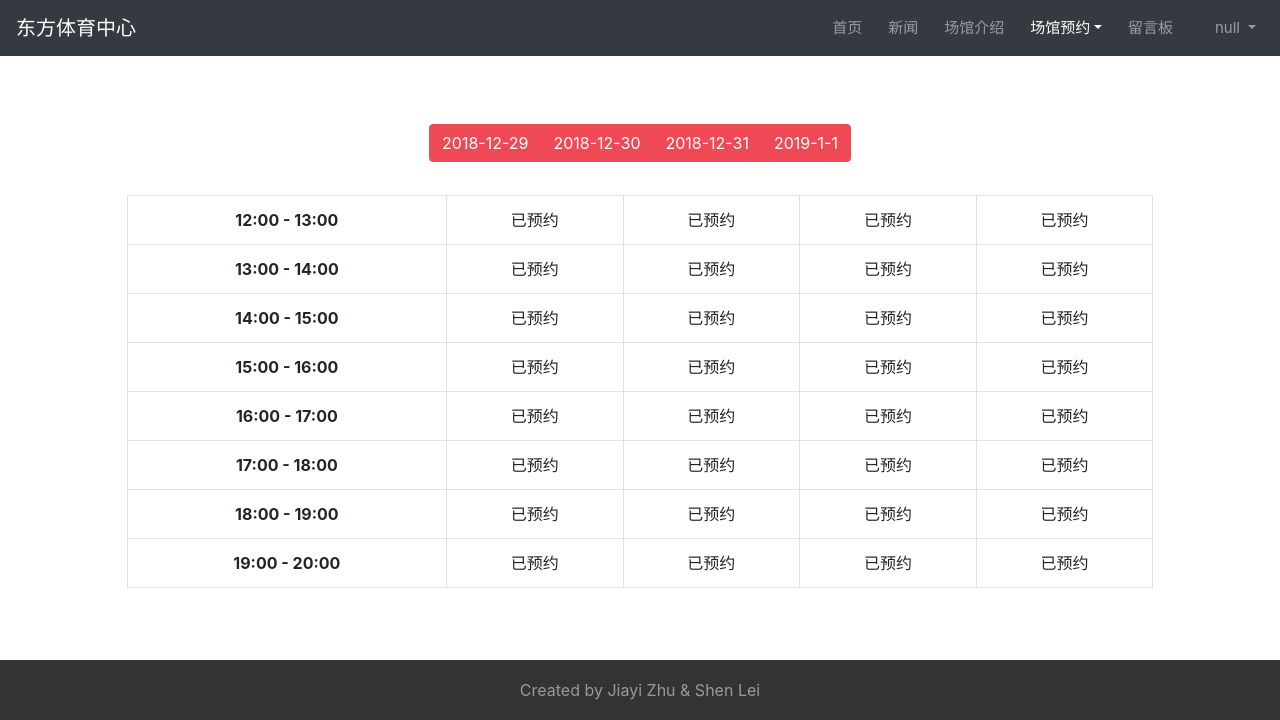
Repository: yueyue200830/Gym-Reservation
Page: http://localhost/reservation/reservation.jsp?rnvid=1
An editor plug-in stored every save of this project. The page is shown before and after the next save, followed by the edit.
The browser window is 1280 px wide. The pictures show the whole page.
Some web fonts or font styles are not loaded; a fallback is used. The page is served by Tomcat 9. Other server files are loaded and not shown. Queries for data that is not in the repository find no rows.

Above is the page before, as saved 2018-12-28 06:12:01.

### reservation/WebContent/reservation.jsp
<%@ page language="java" contentType="text/html; charset=UTF-8"
    pageEncoding="UTF-8"%>
<!DOCTYPE html>
<html>
<head>
	<meta charset="UTF-8">
	<meta name="viewport" content="width=device-width, initial-scale=1, shrink-to-fit=no">
	<title>预约</title>
	<link href="reservation.css" rel="stylesheet">
	<link href="settled.css" rel="stylesheet">
	<link rel="stylesheet" href="bootstrap/css/bootstrap.min.css">
</head>
<body>
	<nav class="navbar navbar-expand-sm navbar-dark bg-dark">
      <a class="navbar-brand">东方体育中心</a>
      <button class="navbar-toggler" type="button" data-toggle="collapse" data-target="#navbarsExample03" aria-controls="navbarsExample03" aria-expanded="false" aria-label="Toggle navigation">
      	<span class="navbar-toggler-icon"></span>
      </button>
      <div class="collapse navbar-collapse" id="navbarsExample03">
        <ul class="navbar-nav ml-auto">
        <li class="nav-item">
            <a class="nav-link" href="Hello.jsp">首页 <span class="sr-only">(current)</span></a>
          </li>
          <li class="nav-item">
            <a class="nav-link" href="news.jsp">新闻 </a>
          </li>
          <li class="nav-item">
            <a class="nav-link" href="rvnintro.jsp">场馆介绍</a>
          </li>
          <li class="nav-item dropdown active">
            <a class="nav-link dropdown-toggle" href="#" id="dropdown03" data-toggle="dropdown" aria-haspopup="true" aria-expanded="false">场馆预约</a>
            <div class="dropdown-menu dropdown-top" aria-labelledby="dropdown03">
              <a class="dropdown-item dropdown-word" href="reservation.jsp?rnvid=1">篮球</a>
              <a class="dropdown-item dropdown-word" href="reservation.jsp?rnvid=2">乒乓球</a>
              <a class="dropdown-item dropdown-word" href="reservation.jsp?rnvid=3">羽毛球</a>
              <a class="dropdown-item dropdown-word" href="reservation.jsp?rnvid=4">排球</a>
            </div>
          </li>

          <li class="nav-item">
            <a class="nav-link" href="messageboard.jsp">留言板</a>
          </li>
          <li class="nav-item dropdown no-arrow">
            <a class="nav-link dropdown-toggle" href="#" id="userDropdown" role="button" data-toggle="dropdown" aria-haspopup="true" aria-expanded="false">
            	<i class="ps-icon"></i>
            	<%= session.getAttribute("usrName") %>
            </a>
            <div class="dropdown-menu dropdown-menu-right dropdown-top" aria-labelledby="userDropdown">
              <a class="dropdown-item dropdown-word" href="UserInform.jsp">个人信息</a>
              <a class="dropdown-item dropdown-word" href="myorder.jsp">我的订单</a>
            <div class="dropdown-divider"></div>
              <a class="dropdown-item dropdown-word" href="#" data-toggle="modal" data-target="#logoutModal">登出</a>
            </div>
        </li>
      </ul>
      </div>
    </nav>
	<div class="center">
		<div class="btn-group btn_group_date" role="group" id="days" aria-label="First group" >
	    </div>
		<div class="card-body table-responsive table-show col-10">
			<table class="table table-bordered mb-0" id="reservation-table">

			</table>
		</div>
	</div>
    <footer class="footer">
      <div class="container foot-text">
        <span class="foot-t">Created by Jiayi Zhu & Shen Lei</span>
      </div>
    </footer>
    <div class="modal fade" id="logoutModal" tabindex="-1" role="dialog" aria-labelledby="exampleModalLabel" style="display: none;" aria-hidden="true">
      <div class="modal-dialog" role="document">
        <div class="modal-content">
          <div class="modal-header">
            <h5 class="modal-title" id="exampleModalLabel">确定登出？</h5>
            <button class="close" type="button" data-dismiss="modal" aria-label="Close">
              <span aria-hidden="true">×</span>
            </button>
          </div>
          <div class="modal-body" style="text-align:center">生命在于运动</div>
          <div class="modal-footer">
            <button class="btn btn-secondary btn-cencel" type="button" data-dismiss="modal">取消</button>
            <a class="btn btn-primary" href="logout.jsp">确定</a>
          </div>
        </div>
      </div>
    </div>
    <script src="https://ajax.aspnetcdn.com/ajax/jquery/jquery-3.3.1.min.js"></script>
	<script src="https://cdn.staticfile.org/popper.js/1.14.3/umd/popper.min.js"></script>
	<script src="bootstrap/js/bootstrap.min.js"></script>
	<script>
	$(document).ready(function() {
		addDate();
		getTable();
	});
	function addDate() {
		var d = new Date();
		for (var i = 0; i < 4; i++) {
			var changeID = "day" + (i + 1);
			d = d.setDate(d.getDate() + 1);
			d = new Date(d);
			var changeday = d.getFullYear() + "-" + (d.getMonth()+1) + "-" + d.getDate();
			// document.getElementById(changeID).innerHTML = changeday;
			$("#days").append(
					"<a type='button' class='btn btn-secondary' id='" + changeID
					+ "' href='reservation.jsp?rnvid="+<%= request.getParameter("rnvid") %>+
					"&year="+d.getFullYear()+"&month="+(d.getMonth()+1)+"&day="+ d.getDate() +"')>" + changeday + "</a>");
		}
	}
	function getTable() {
		var t = new Date();
		t = t.setDate(t.getDate() + 1);
		t = new Date(t);
		var year = t.getFullYear();
		var month = t.getMonth()+1;
		var day = t.getDate();
		var rvnid = <%= request.getParameter("rnvid") %>;
		if(<%= request.getParameter("year") %> != null){
			year = <%= request.getParameter("year") %>;
			month = <%= request.getParameter("month") %>;
			day = <%= request.getParameter("day") %>;
		}
		/*
		alert("pp");
		var list ="<tr><th>"
		if(rvnid == 1){
			list += "篮球";
		}else if(rvnid == 2){
			list += "乒乓球";
		}else if(rvnid == 3){
			list += "羽毛球";
		}else if(rvnid == 4){
			list += "排球";
		}
		list += "</th><th>场地1</th><th>场地2</th><th>场地3</th><th>场地4</th></tr>";
		alert("yy");

		$("#reservation-table").append(item);
		*/
		//alert(year+","+month+","+day);
		var today = year + "-" + month + "-" + day;
		$.ajax({
			type : "POST",
			url : "OrderAvailable",
			data : {
				rvnID : rvnid,
				rvnDate : today
			},
			dataType : "json",
			success : function(data) {
				for (var j = 0; j < 8; j++) {
					var item = "<th>" + (j + 12) + ":00 - " + (j + 13) + ":00</th>";
					for (var i = 0; i < 4; i++) {
						if (data[i][j] != 0) {
							item += "<td><a href='orderadd.jsp?rvnRoom="+(i+1)+"&rvnTime="+(j+1)+"&rvnId="+
									rvnid+"&rvnPrice="+data[i][j]+"&year="+ year+"&month="+month+"&day="+day+
									"'>"+data[i][j]+"元</a></td>";
						} else {
							item += "<td><a>已预约</a></td>";
						}
					}
					$("#reservation-table").append("<tr>" + item + "<tr>");
				}
			},
			error : function(XMLHttpRequest, textStatus, errorThrown) {
				alert(XMLHttpRequest.status);
				alert(XMLHttpRequest.readyState);
				alert(textStatus);
			}
		});
	}
	</script>
</body>
</html>

### reservation/WebContent/reservation.css
@charset "UTF-8";

.center{
	text-align:center !important;
}

[type=button]{
	-webkit-appearance:none !important;
	outline:none;
}

.btn_group_date{
	padding: 1% !important;
	margin-top:2% !important;
}

### reservation/WebContent/settled.css
@charset "UTF-8";


/*
 *navbar
 */

@font-face {
  font-family: 'FontAwesome';
  src: url('fonts/fontawesome-webfont.eot?v=4.7.0');
  src: url('fonts/fontawesome-webfont.eot?#iefix&v=4.7.0') format('embedded-opentype'), url('../fonts/fontawesome-webfont.woff2?v=4.7.0') format('woff2'), url('../fonts/fontawesome-webfont.woff?v=4.7.0') format('woff'), url('../fonts/fontawesome-webfont.ttf?v=4.7.0') format('truetype'), url('../fonts/fontawesome-webfont.svg?v=4.7.0#fontawesomeregular') format('svg');
  font-weight: normal;
  font-style: normal;
}

.ps-icon::before{
	content: '\f007';
	font-family: FontAwesome !important;
	font-style: normal !important;
}


.body {
  padding-bottom: 20px;
}

.navbar {
  font-size: 15px !important;
}

.navbar-brand {
  color: #fff !important;
}

.dropdown-top {
  min-width: 7rem !important;
}

.navbar-nav li {
  margin-left: 10px;
}

.dropdown-word {
  font-size: 15px !important;
  text-align: center !important;
}



.dropdown-word:active {
	background-color: #ef4955 !important;
}

/*
 *Sticky footer styles
 */
html {
  position: relative;
  min-height: 100%;
}

body {
  margin-bottom: 60px; /* Margin bottom by footer height */
}

.footer {
  position: absolute;
  bottom: 0;
  width: 100%;
  height: 60px; /* Set the fixed height of the footer here */
  line-height: 60px; /* Vertically center the text there */
  background-color: #333;
}

.foot-t {
  color: rgba(255, 255, 255, .5);
  margin-bottom: 0;
}

.foot-text {
  text-align: center!important;
}

/*
 *button
 */

.btn {
  background-color: #ef4955 !important;
  border-color: #ef4955 !important;
  margin-top: 30px;
}

.btn:active,
.btn:focus{
  border: 0 !important;
  border-color: rgba(0,0,0,0) !important;
  box-shadow: 0 0 0 3px rgba(239, 73, 85, .5) !important;
}

.modal-footer>.btn-primary,
.modal-footer>.btn-secondary {
  padding: 3px 15px !important;
}

.close:active {
  border: 0 !important;
  box-shadow: 0 0 0 0 rgba(239, 73, 85, .5) !important;
}

.btn-a {
  color: #fff !important;
}

/*
 *table
 */

.table-show {
	margin-bottom:70px !important;
	margin-top: 30px;
	margin:auto;
	text-align:center;
}

### reservation/src/servlet/OrderAvailable.java
package servlet;

import java.io.IOException;
import javax.servlet.ServletException;
import javax.servlet.annotation.WebServlet;
import javax.servlet.http.HttpServlet;
import javax.servlet.http.HttpServletRequest;
import javax.servlet.http.HttpServletResponse;

import dbconns.OrderDAO;
import dbconns.OrderDAOImpl;
import net.sf.json.JSONArray;

/**
 * Servlet implementation class OrderAvailable
 */
@WebServlet("/OrderAvailable")
public class OrderAvailable extends HttpServlet {
	private static final long serialVersionUID = 1L;

    /**
     * @see HttpServlet#HttpServlet()
     */
    public OrderAvailable() {
        super();
        // TODO Auto-generated constructor stub
    }

	/**
	 * @see HttpServlet#doGet(HttpServletRequest request, HttpServletResponse response)
	 */
	protected void doGet(HttpServletRequest request, HttpServletResponse response) throws ServletException, IOException {
		// TODO Auto-generated method stub
		//doPost(request,response);
	}

	/**
	 * @see HttpServlet#doPost(HttpServletRequest request, HttpServletResponse response)
	 */
	protected void doPost(HttpServletRequest request, HttpServletResponse response) throws ServletException, IOException {
		System.out.println("... in order-available servlet");
		request.setCharacterEncoding("utf-8"); //solve messy code when getting parameters
		response.setCharacterEncoding("utf-8");
		response.setContentType("text/html; charset=utf-8");

		int rvnID=Integer.valueOf(request.getParameter("rvnID"));
		String rvnDate=request.getParameter("rvnDate");
		//String rvnDate="2018-12-27";

		OrderDAO od=new OrderDAOImpl();
		int[][] avai=new int[4][8];
		avai=od.available(rvnID, rvnDate);


		System.out.println("-- order available success --");
		JSONArray array=JSONArray.fromObject(avai);
		response.getWriter().write(array.toString());

	}

}

### reservation/src/dbconns/OrderDAOImpl.java
package dbconns;

import java.sql.*;
import java.text.SimpleDateFormat;
import java.util.ArrayList;
import java.util.List;
import java.util.Date;

import beans.News;
import beans.Order;
import dbconns.RevenueDAO;
import dbconns.RevenueDAOImpl;

public class OrderDAOImpl implements OrderDAO {

	public List<String> getall() {
		System.out.println("... in Order-getall");
		List<String> list = new ArrayList<String>();

    	try {
		    Connection conn=DBconn.init();

		    PreparedStatement ps=conn.prepareStatement("SELECT ordID,usrName,ordName,rvnName,rvnRoom,ordPhone,ordPrice,rvnDate,rvnTime FROM orders inner join users on orders.usrID=users.usrID inner join revenues on orders.rvnID = revenues.rvnID");
			ResultSet rs = ps.executeQuery();
			System.out.println("-- query done --");
			while(rs.next()){
				list.add(Integer.toString(rs.getInt("ordID")));
				list.add(rs.getString("usrName"));
				list.add(rs.getString("ordName"));
				list.add(rs.getString("rvnName"));
				list.add(Integer.toString(rs.getInt("rvnRoom")));
				list.add(rs.getString("ordPhone"));
				list.add(Double.toString(rs.getDouble("ordPrice")));
				list.add(new SimpleDateFormat("yyyy-MM-dd").format(rs.getDate("rvnDate")));
				int orgTime = rs.getInt("rvnTime");
				String time = Integer.toString(orgTime+12)+":00 - "+Integer.toString(orgTime+13)+":00";
				list.add(time);
			}

			DBconn.close();

			System.out.println("-- Order-getall success --");

			return list;
		} catch (SQLException e) {
			System.out.println("!! Order-getall sql error !!");
			e.printStackTrace();
		}
		return null;
	}

	public List<String> usergetall(int usrID){
		System.out.println("... in Order-usergetall");
		List<String> list = new ArrayList<String>();

    	try {
		    Connection conn=DBconn.init();

		    PreparedStatement ps=conn.prepareStatement("SELECT ordID,usrName,ordName,rvnName,rvnRoom,ordPhone,ordPrice,rvnDate,rvnTime "
		    +"FROM orders inner join users on orders.usrID=users.usrID inner join revenues on orders.rvnID = revenues.rvnID where orders.usrID="+usrID);
			ResultSet rs = ps.executeQuery();
			System.out.println("-- query done --");
			while(rs.next()){
				list.add(Integer.toString(rs.getInt("ordID")));
				list.add(rs.getString("usrName"));
				list.add(rs.getString("ordName"));
				list.add(rs.getString("rvnName"));
				list.add(Integer.toString(rs.getInt("rvnRoom")));
				list.add(rs.getString("ordPhone"));
				list.add(Double.toString(rs.getDouble("ordPrice")));
				list.add(new SimpleDateFormat("yyyy-MM-dd").format(rs.getDate("rvnDate")));
				int orgTime = rs.getInt("rvnTime");
				String time = Integer.toString(orgTime+12)+":00 - "+Integer.toString(orgTime+13)+":00";
				list.add(time);
			}

			DBconn.close();

			System.out.println("-- Order-usergetall success --");

			return list;
		} catch (SQLException e) {
			System.out.println("!! Order-usergetall sql error !!");
			e.printStackTrace();
		}
		return null;
	}

	public int[][] available(int rvnID, String rvnDate){
		System.out.println("... in order-available");
		int price=0;
		RevenueDAO rd=new RevenueDAOImpl();
		price=rd.findprice(rvnID);
		int[][] avai=new int[4][8];
		for(int i=0;i<4;i++) {
			for(int j=0;j<8;j++) {
				avai[i][j]=price;
			}
		}

		String sql="select rvnRoom,rvnTime from orders where rvnDate=? and rvnID=?";

		try {
			Connection conn=DBconn.init();

			PreparedStatement ps=conn.prepareStatement(sql);
			ps.setString(1,rvnDate);
			ps.setInt(2,rvnID);
			System.out.println("-- ps success: "+ps+" --");

			ResultSet rs=ps.executeQuery();

			while(rs.next()) {
				int col=0,row=0;
				row=rs.getInt("rvnRoom");
				col=rs.getInt("rvnTime");
				System.out.println(row+","+col);
				avai[row-1][col-1]=0;
			}
			DBconn.close();

			for(int i=0;i<4;i++) {
				for(int j=0;j<8;j++) {
					System.out.print(avai[i][j]+" ");
				}
				System.out.println("");
			}

			System.out.println("-- orderdaoimpl-available success --");

		} catch (SQLException e) {
			System.out.println("!! order-available sql error !!");
			e.printStackTrace();
		}

		return avai;
	}

	public boolean add(int usrID, String ordName, int rvnID, int rvnRoom,String ordPhone, double ordPrice, String rvnDate, int rvnTime) {
		System.out.println("... in order-add");
		String sql="insert into orders (usrID,ordName,rvnID,rvnRoom,ordPhone,ordPrice,rvnDate,rvnTime) values (?,?,?,?,?,?,?,?)";
		int r=0;
		boolean flag=false;

		try {
			Connection conn=DBconn.init();

			PreparedStatement ps=conn.prepareStatement(sql);
			ps.setString(1,Integer.toString(usrID));
			ps.setString(2,ordName);
			ps.setString(3,Integer.toString(rvnID));
			ps.setString(4,Integer.toString(rvnRoom));
			ps.setString(5,ordPhone);
			ps.setString(6,Double.toString(ordPrice));
			ps.setString(7,rvnDate);
			ps.setString(8,Integer.toString(rvnTime));
			System.out.println("-- ps success: "+ps+" --");

			r=ps.executeUpdate();

			if(r>0)
				flag=true;

			DBconn.close();
		}catch(SQLException e) {
			System.out.println("!! user-register sql error !!");
			e.printStackTrace();
		}

		return flag;
	}

	public boolean delete(int ordID) {
		System.out.println("... in order-add");
		String sql="delete from orders where ordID=?";
		int r=0;
		boolean flag=false;

		try {
			Connection conn=DBconn.init();

			PreparedStatement ps=conn.prepareStatement(sql);
			ps.setString(1,Integer.toString(ordID));
			System.out.println("-- ps success: "+ps+" --");

			r=ps.executeUpdate();

			if(r>0)
				flag=true;

			DBconn.close();
		}catch(SQLException e) {
			System.out.println("!! user-delete sql error !!");
			e.printStackTrace();
		}

		return flag;
	}
}

### reservation/src/dbconns/RevenueDAOImpl.java
package dbconns;

import java.sql.*;
import java.util.ArrayList;
import java.util.List;

import beans.Revenue;

public class RevenueDAOImpl implements RevenueDAO {

	public boolean update(int rvnID, String rvnName, int rvnNum, double rvnPrice) {
		System.out.println("... in revenue-update");
		boolean flag = false;
		int r = 0;
		String sql = "update revenues set rvnName=?,rvnNum=?,rvnPrice=? where rvnID=?";

		try {
			Connection conn = DBconn.init();

			PreparedStatement ps=conn.prepareStatement(sql);
			ps.setString(1, rvnName);
			ps.setString(2, Integer.toString(rvnNum));
			ps.setString(3, Double.toString(rvnPrice));
			ps.setString(4, Integer.toString(rvnID));
			r=ps.executeUpdate();
			DBconn.close();
		} catch (SQLException e) {
			System.out.println("!! revenue-update error !!");
			e.printStackTrace();
		}

		if (r > 0) {
			System.out.println("--" + r + " lines affected --");
			flag = true;
		}

		return flag;
	}

	public List<Revenue> getall() {
		System.out.println("... in revenue-getall");
		List<Revenue> list = new ArrayList<Revenue>();

    	try {
		    Connection conn=DBconn.init();

		    PreparedStatement ps=conn.prepareStatement("select * from revenues");
			ResultSet rs = ps.executeQuery();
			while(rs.next()){
				Revenue revenue=new Revenue();
				revenue.setRvnID(rs.getInt("rvnID"));
				revenue.setRvnName(rs.getString("rvnName"));
				revenue.setRvnNum(rs.getInt("rvnNum"));
				revenue.setRvnPrice(rs.getInt("rvnPrice"));
				list.add(revenue);
			}
			DBconn.close();

			System.out.println("-- revenue-getall success --");

			return list;
		} catch (SQLException e) {
			System.out.println("!! revenue-getall sql error !!");
			e.printStackTrace();
		}
		return null;
	}

	public int findprice(int rvnID) {
		System.out.println("... in revenue-findprice");
		int price=0;

    	try {
		    Connection conn=DBconn.init();

		    PreparedStatement ps=conn.prepareStatement("select rvnPrice from revenues where rvnID="+rvnID);
			ResultSet rs = ps.executeQuery();
			while(rs.next()){
				price=rs.getInt("rvnPrice");
			}
			DBconn.close();

			System.out.println("-- revenue-findprice success --");
		} catch (SQLException e) {
			System.out.println("!! revenue-findprice sql error !!");
			e.printStackTrace();
		}

		return price;

	}
}

### reservation/src/dbconns/DBconn.java
package dbconns;

import java.sql.*;

public class DBconn {
	private static String url = "jdbc:mysql://localhost:3306/reservations?useUnicode=true&characterEncoding=utf-8&useSSL=false&serverTimezone=GMT";
	private static String username = "root";
	private static String password = "123456";
	private static Connection  conn = null;


	public static Connection init(){
		try {
			Class.forName("com.mysql.jdbc.Driver");
			System.out.println("-- success loading Mysql Driver --");
			conn = DriverManager.getConnection(url,username,password);
			return conn;
		} catch (Exception e) {
			System.out.println("!! sql init error !!");
			e.printStackTrace();
			return null;
		}
	}

	public static void close(){
		try {
			conn.close();
		} catch (SQLException e) {
			System.out.println("!! sql close error !!");
			e.printStackTrace();
		}
	}
}

Loaded but not shown: reservation/WebContent/bootstrap/css/bootstrap.min.css (library); reservation/WebContent/bootstrap/js/bootstrap.min.js (library)

After the next save:
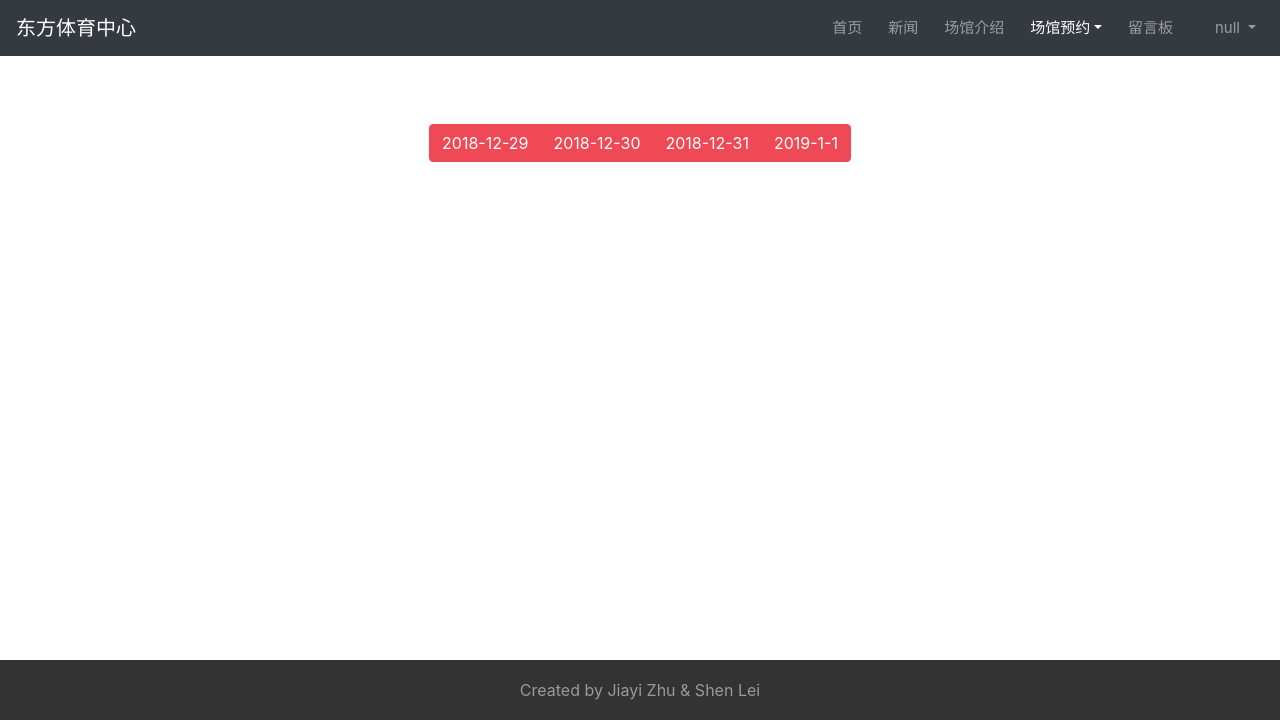
Console error: ReferenceError: item is not defined
Saved 21 s later.
--- a/reservation/WebContent/reservation.jsp
+++ b/reservation/WebContent/reservation.jsp
@@ -121,7 +121,7 @@
 			month = <%= request.getParameter("month") %>;
 			day = <%= request.getParameter("day") %>;
 		}
-		/*
+
 		alert("pp");
 		var list ="<tr><th>"
 		if(rvnid == 1){
@@ -137,7 +137,7 @@
 		alert("yy");
 
 		$("#reservation-table").append(item);
-		*/
+
 		//alert(year+","+month+","+day);
 		var today = year + "-" + month + "-" + day;
 		$.ajax({

After the 2 saves that followed:
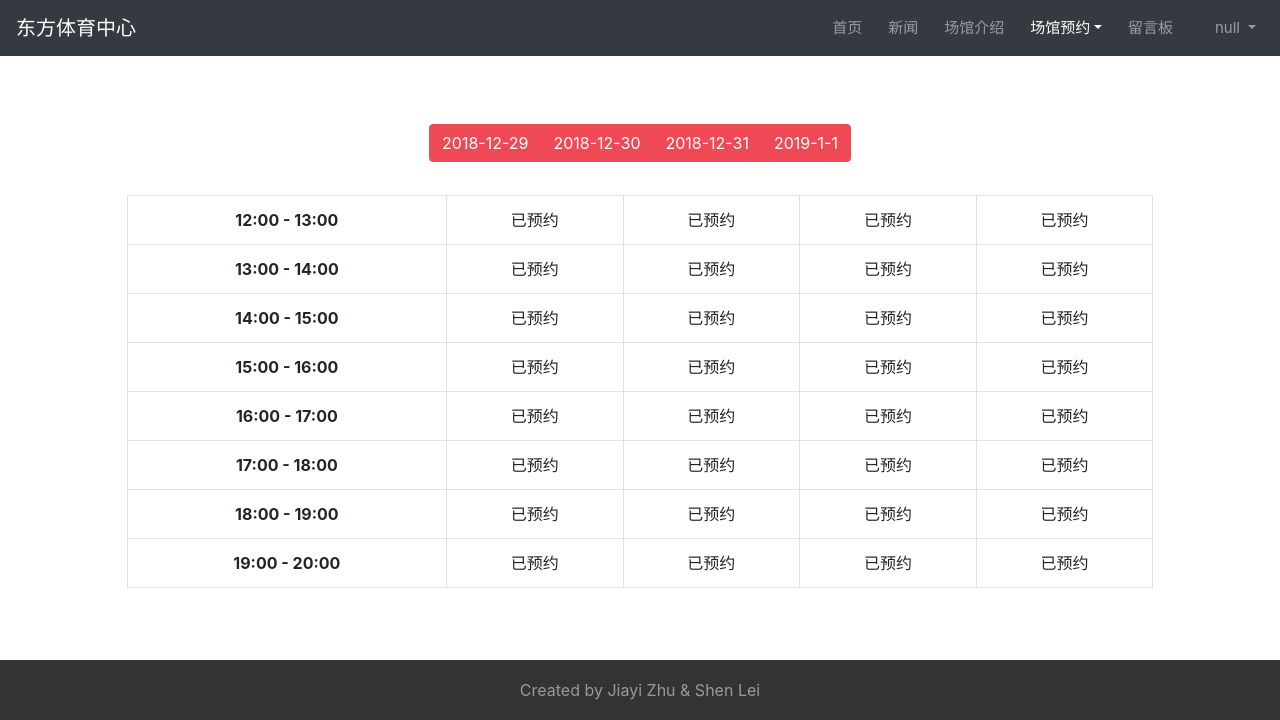
The error is gone.
The 2 saves are shown as one change because 1 left the picture as it was.
The last was saved 2 min 14 s later.
--- a/reservation/WebContent/reservation.jsp
+++ b/reservation/WebContent/reservation.jsp
@@ -121,9 +121,7 @@
 			month = <%= request.getParameter("month") %>;
 			day = <%= request.getParameter("day") %>;
 		}
-
-		alert("pp");
-		var list ="<tr><th>"
+		/*
 		if(rvnid == 1){
 			list += "篮球";
 		}else if(rvnid == 2){
@@ -137,7 +135,8 @@
 		alert("yy");
 
 		$("#reservation-table").append(item);
-
+		alert("yes");
+		*/
 		//alert(year+","+month+","+day);
 		var today = year + "-" + month + "-" + day;
 		$.ajax({
@@ -149,6 +148,18 @@
 			},
 			dataType : "json",
 			success : function(data) {
+				var list="<tr><th>";
+				if(rvnid == 1){
+					list += "篮球";
+				}else if(rvnid == 2){
+					list += "乒乓球";
+				}else if(rvnid == 3){
+					list += "羽毛球";
+				}else if(rvnid == 4){
+					list += "排球";
+				}
+				list += "</th><th>场地1</th><th>场地2</th><th>场地3</th><th>场地4</th></tr>";
+				$("#reservation-table").append(item);
 				for (var j = 0; j < 8; j++) {
 					var item = "<th>" + (j + 12) + ":00 - " + (j + 13) + ":00</th>";
 					for (var i = 0; i < 4; i++) {
